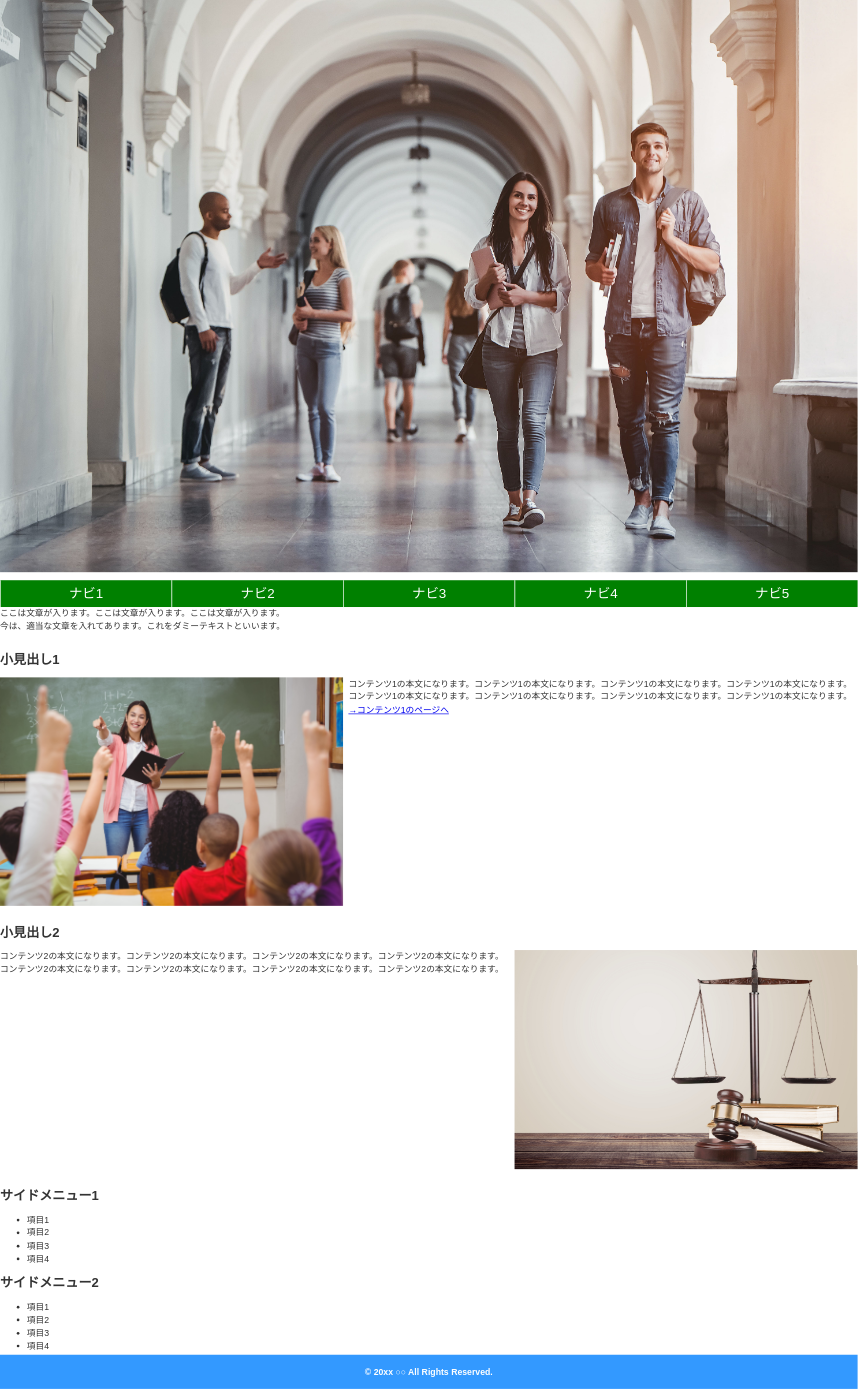
Repository: ryokato-0910/Samurai_JS
Page: index.html
The author's editor kept a record of every edit. The page is drawn from the files as they stood at one moment, then again after the next edit.
The browser window is 1280 px wide. The pictures show the whole page, at 67% of full size.
Pictures or frames that could not be fetched are drawn as grey boxes.

Above is the page before.

### index.html
<!DOCTYPE html>
<html lang="ja">
    <head>
        <meta charset="UTF-8">
        <title>HTML/CSSの学習</title>
        <link rel="stylesheet" href="stylesheet.css">
    </head>
    <body>
        <div id="header">
            <h1><a href="index.html"><img id="corridor" src="images/corridor.jpg" alt="大学の廊下" /></a></h1>
        </div>
        <div id="wrapper">
            <div id="nav">
                <ul>
                    <li><a href="home.html">ナビ1</a></li>
                    <li><a href="#">ナビ2</a></li>
                    <li><a href="#">ナビ3</a></li>
                    <li><a href="#">ナビ4</a></li>
                    <li><a href="#">ナビ5</a></li>
                </ul>
            </div>
            <div id="container">
                <div id="main">
                    <div class="post">
                        <p>ここは文章が入ります。ここは文章が入ります。ここは文章が入ります。<br />今は、適当な文章を入れてあります。これをダミーテキストといいます。</p>
                    </div>
                    <div class="post clearfix">
                        <h2>小見出し1</h2>
                        <img class="left" src="images/classroom.jpg" alt="授業風景" />
                        <p>
                            コンテンツ1の本文になります。コンテンツ1の本文になります。コンテンツ1の本文になります。コンテンツ1の本文になります。
                            コンテンツ1の本文になります。コンテンツ1の本文になります。コンテンツ1の本文になります。コンテンツ1の本文になります。
                        </p>
                        <p><a href="#">→コンテンツ1のページへ</a></p>
                    </div>
                    <div class="post clearfix">
                        <h2>小見出し2</h2>
                        <img class="right" src="images/scale.jpg" alt="天秤" />
                        <p>
                            コンテンツ2の本文になります。コンテンツ2の本文になります。コンテンツ2の本文になります。コンテンツ2の本文になります。
                            コンテンツ2の本文になります。コンテンツ2の本文になります。コンテンツ2の本文になります。コンテンツ2の本文になります。
                        </p>
                    </div>
                </div>
                <div id="side">
                    <div class="box">
                        <h2>サイドメニュー1</h2>
                        <div class="boxBody">
                            <ul>
                                <li>項目1</li>
                                <li>項目2</li>
                                <li>項目3</li>
                                <li>項目4</li>
                            </ul>
                        </div>
                    </div>
                    <div class="box">
                        <h2>サイドメニュー2</h2>
                        <div class="boxBody">
                            <ul>
                                <li>項目1</li>
                                <li>項目2</li>
                                <li>項目3</li>
                                <li>項目4</li>
                            </ul>
                        </div>
                    </div>
                </div>
            </div>
        </div>
        <div id="footer">
            <p>&copy; 20xx ○○ All Rights Reserved.</p>
        </div>
    </body>
</html>

### stylesheet.css
@charset "utf-8";

body {
	margin: 0;
	padding: 0;
	font-family: "ヒラギノ角ゴ Pro W3", "Hiragino Kaku Gothic Pro", "メイリオ", Meiryo, Osaka, "ＭＳ Ｐゴシック", "MS PGothic", sans-serif;
	color: #333;
	font-size: 13px;
	line-height: 150%;
}

/* -------------------- wrapper -------------------- */
#wrapper {
    width: 100%;
    margin: auto;
    padding: 0px;
    border: 0px;
    background-color: #FFF;
    top: 10px;
    position: relative;
}

/* -------------------- header -------------------- */
#header {
	width: 100%;
}
#header h1 {
	margin: 0;
	padding: 0;
}

#corridor {
	width: 100%;
	height: auto;
}

/* -------------------- footer -------------------- */
#footer {
	clear: both;
	width: 100%;
	padding: 3px 0 3px 0;
	background: #39F;
	color: #FFF;
	font-weight: bold;
	text-align: center;
}
/* -------------------- nav -------------------- */
 #nav {
	 width: 100%;
 }
 #nav ul {
	 margin: 0;
	 padding: 0;
	 list-style-type: none;
 }
 #nav ul li {
	 float: left;
	 width: 20%;
	 text-align: center;
 }
 #nav ul li a {
	 display: block;
	 height: 20px;
	 margin: 0;
	 padding: 10px;
	 color: #FFF;
	 font-size: 20px;
	 text-decoration: none;
	 background-color: green;
    border-left: 1px solid white;
 }
 /* -------------------- container -------------------- */
+ #container {
+	 width: 100%;
+	 margin: auto ;
+	 padding-top: 20px;
+	 clear: both;
+ }
+ /* -------------------- main -------------------- */
+ #main {
+	 float: left;
+	 width: 60%;
+	 padding: 10px 30px 10px 10px;
+ }
+ #main h2 {
+	 margin: 0 0 10px 0;
+	 padding: 3px 10px 3px 10px;
    color: #FFF;
	 font-size: 16px;
	 border-left: solid 10px #C00;
	 background: #F90 url(../images/main_h2.jpg) right top repeat-y;
 }
 #main p {
	 margin: 0;
	 padding: 0;
 }
 #main .post {
	 margin: 0 0 30px 0;
 }

 #main .post img.right {
	 margin: 0 0 0 8px;
 }
 #main .post img.left {
	 margin: 0 8px 0 0;
 }

 .right {
	 float: right;
	 width: 40%;
	 height: auto;
 }
 .left {
	 float: left;
	 width: 40%;
	 height: auto;
 }

 /* -------------------- clearfix -------------------- */
 .clearfix {
	 zoom: 1;
 }
 .clearfix:after{
	 content: "";
	 display: block;
	 clear: both;
 }

After the next edit:
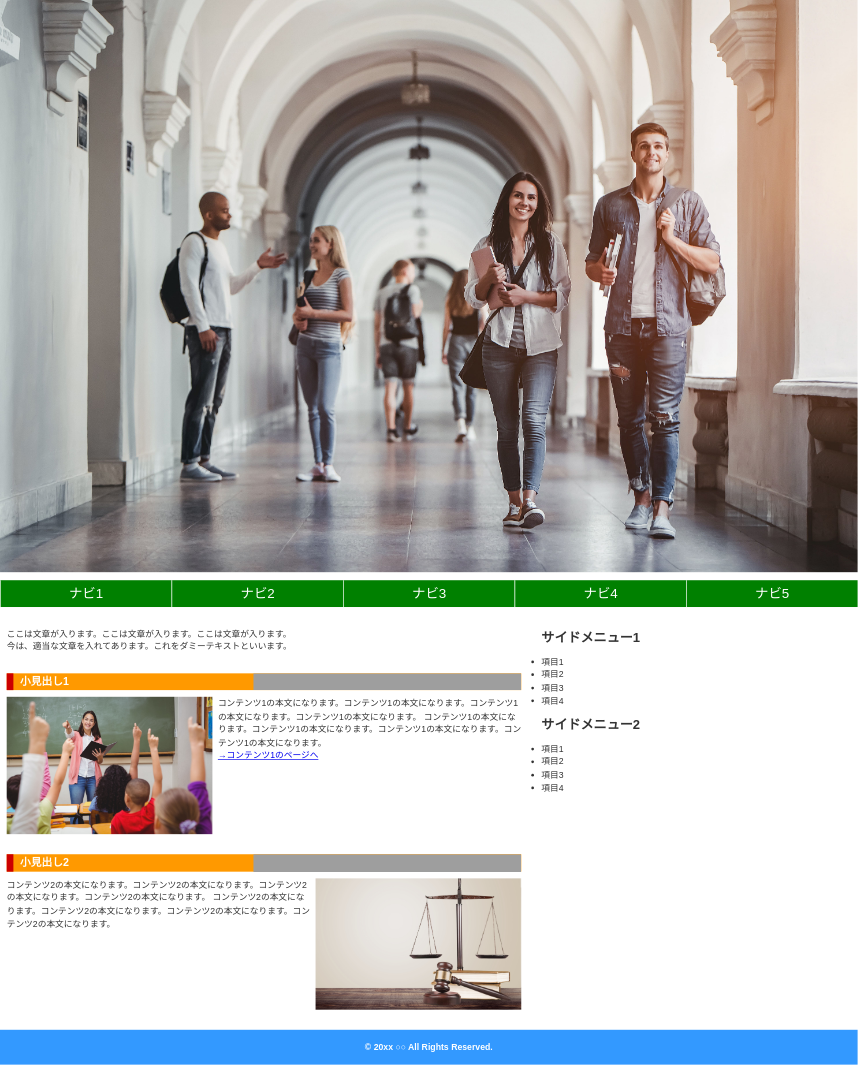
The edit:
--- a/stylesheet.css
+++ b/stylesheet.css
@@ -70,21 +70,21 @@
     border-left: 1px solid white;
  }
  /* -------------------- container -------------------- */
-+ #container {
-+	 width: 100%;
-+	 margin: auto ;
-+	 padding-top: 20px;
-+	 clear: both;
-+ }
-+ /* -------------------- main -------------------- */
-+ #main {
-+	 float: left;
-+	 width: 60%;
-+	 padding: 10px 30px 10px 10px;
-+ }
-+ #main h2 {
-+	 margin: 0 0 10px 0;
-+	 padding: 3px 10px 3px 10px;
+ #container {
+	 width: 100%;
+	 margin: auto ;
+	 padding-top: 20px;
+	 clear: both;
+ }
+ /* -------------------- main -------------------- */
+ #main {
+	 float: left;
+	 width: 60%;
+	 padding: 10px 30px 10px 10px;
+ }
+ #main h2 {
+	 margin: 0 0 10px 0;
+	 padding: 3px 10px 3px 10px;
     color: #FFF;
 	 font-size: 16px;
 	 border-left: solid 10px #C00;
